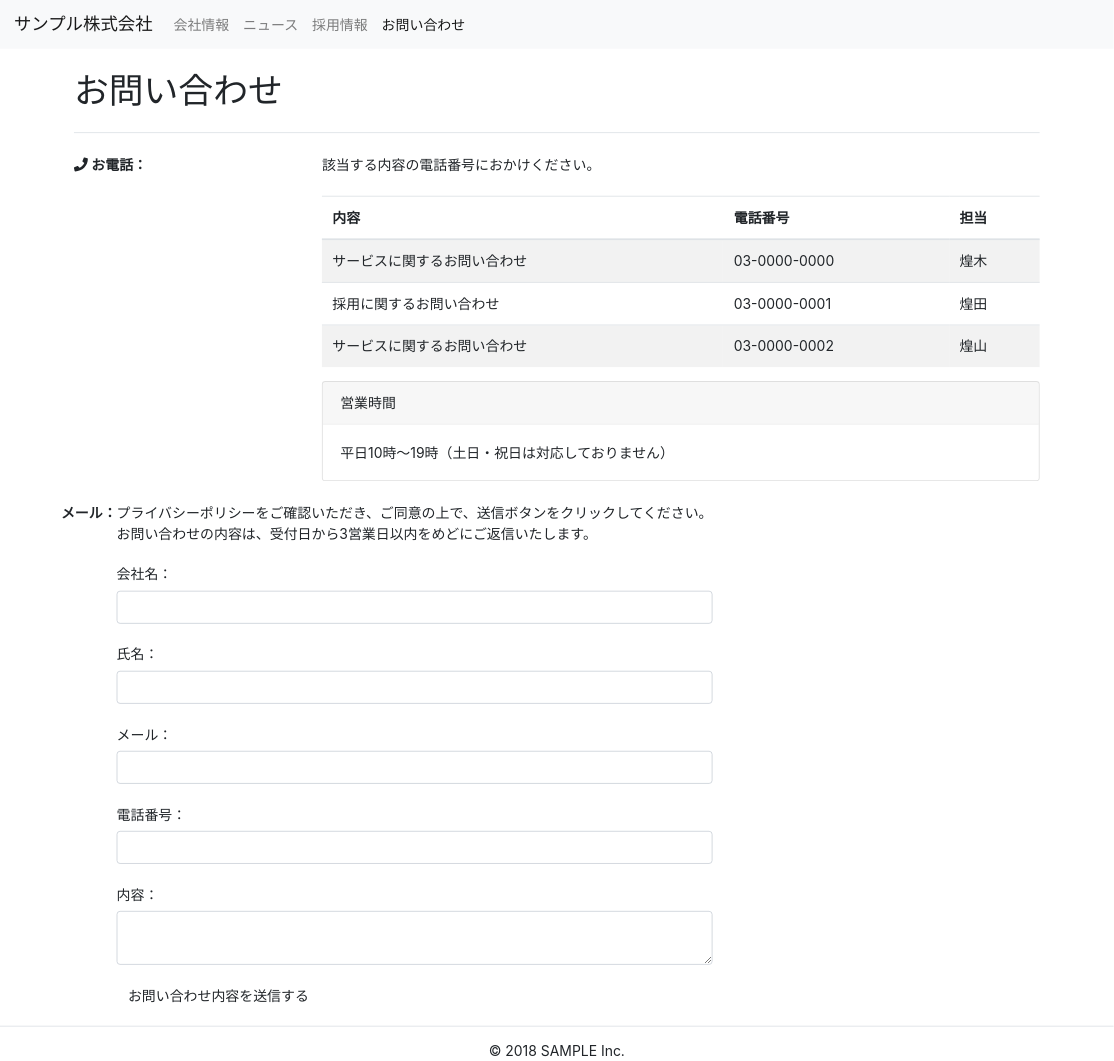
Repository: yoony212/frontend
Page: contact.html
The author's editor kept a record of every edit. The page is drawn from the files as they stood at one moment, then again after the next edit.
The browser window is 1280 px wide. The pictures show the whole page, at 87% of full size.

Above is the page before.

### contact.html
<!DOCTYPE html>
<html lang="ja">

<head>
    <meta charset="utf-8">
    <meta name="viewport" content="width=device-width, initial-scale=1, shrink-to-fit=no">

    <link rel="stylesheet" href="https://stackpath.bootstrapcdn.com/bootstrap/4.3.1/css/bootstrap.min.css">

    <title>お問い合わせ | サンプル株式会社</title>
</head>

<body>
    <header>
        <!-- 576px以上の画面幅のとき、メニューを表示する（それ未満なら折りたたむ）指定を追加 -->
        <nav class="navbar navbar-light navbar-expand-sm bg-light d-sm-flex">
        <!--画面左上に表示するサイト名のリンクとして適切な表示をするための指定を追加 -->
            <a href="#" class="navbar-brand">サンプル株式会社</a>

            <button type="button" class="navbar-toggler" data-toggle="collapse" data-target="#nav-bar">
                <span class="navbar-toggler-icon"></span>
            </button>

            <div class="collapse navbar-collapse " id="nav-bar">
                <ul class="navbar-nav">
                    <li class="nav-item"><a href="#" class="nav-link">会社情報</a></li>
                    <li class="nav-item"><a href="#" class="nav-link">ニュース</a></li>
                    <li class="nav-item"><a href="#" class="nav-link">採用情報</a></li>
                    <!-- お問い合わせページを表示していることをわかりやすくする設定を追加 -->
                    <li class="nav-item"><a href="#" class="nav-link active">お問い合わせ</a></li>
                </ul>
            </div>
        </nav>
    </header>
    <div class="container">
        <h1 class="mt-4 pb-4 border-bottom">お問い合わせ</h1>

        <!-- グリッドを使うための指定を追加 -->
        <div class="mt-4 row">
            <!-- 576px以上の画面幅のとき、左側は3つ分のカラム幅で表示する指定を追加 -->
            <div class="col-sm-3">
                <!-- 電話に関するFont Awesomeのアイコンを追加 -->
                <i class="fas fa-phone mr-1"></i><strong>お電話：</strong>
            </div>

            <!-- 576px以上の画面幅のとき、右側は9つ分のカラム幅で表示する指定を追加 -->
            <div class="col-sm-9">
                <p>該当する内容の電話番号におかけください。</p>
                <!-- テーブルの装飾を適用する指定を追加 -->
                <!-- さらにテーブルへ枠を追加する指定、行ごとの背景色が交互に変わる指定を追加 -->
                <table class="mt-4 table table-striped">
                    <thead>
                        <tr>
                            <th>内容</th>
                            <th>電話番号</th>
                            <th>担当</th>
                        </tr>
                    </thead>
                    <tbody>
                        <tr>
                            <td>サービスに関するお問い合わせ</td>
                            <td>03-0000-0000</td>
                            <td>煌木</td>
                        </tr>
                        <tr>
                            <td>採用に関するお問い合わせ</td>
                            <td>03-0000-0001</td>
                            <td>煌田</td>
                        </tr>
                        <tr>
                            <td>サービスに関するお問い合わせ</td>
                            <td>03-0000-0002</td>
                            <td>煌山</td>
                        </tr>
                    </tbody>
                </table>

                <!-- カードの装飾を適用 -->
                <div class="card">
                    <!-- カードのタイトル部分として設定 -->
                    <div class="card-header">
                        <!-- 時間に関するFont Awesomeのアイコンを追加 -->
                        <i class="fa-solid fa-circle-info"></i>営業時間
                    </div>

                    <!-- カードの本文部分として設定 -->
                    <div class="card-body">
                        平日10時〜19時（土日・祝日は対応しておりません）
                    </div>
                </div>
            </div>
        </div>

        <!-- グリッドを使うための指定を追加 -->
        <div class="mt-4 row">
            <!-- 576px以上の画面幅のとき、左側は3つ分のカラム幅で表示する指定を追加 -->
            <div class="">
                <!-- メールに関するFont Awesomeのアイコンを追加 -->
                <i class="fa-solid fa-envelope"></i> <strong>メール：</strong>
            </div>

            <!-- 576px以上の画面幅のとき、右側は9つ分のカラム幅で表示する指定を追加 -->
            <div class="">
                <p>
                    プライバシーポリシーをご確認いただき、ご同意の上で、送信ボタンをクリックしてください。<br />
                    お問い合わせの内容は、受付日から3営業日以内をめどにご返信いたします。
                </p>
                <form action="complete.html">
                    <!-- ラベルとフォーム部品を並べるためにグリッドを使う指定を追加 -->
                    <div class="form-group">
                        <!-- 576px以上の画面幅のとき、ラベルは3つ分のカラム幅で表示する指定を追加 -->
                        <label class="col-form-label">会社名：</label>

                        <!-- 576px以上の画面幅のとき、フォーム部品は9つ分のカラム幅で表示する指定を追加 -->
                        <div class="">
                            <input type="text" class="form-control" name="company">
                        </div>
                    </div>

                    <!-- ラベルとフォーム部品を並べるためにグリッドを使う指定を追加 -->
                    <div class="form-group">
                        <!-- 576px以上の画面幅のとき、ラベルは3つ分のカラム幅で表示する指定を追加 -->
                        <label class="col-form-label">氏名：</label>

                        <!-- 576px以上の画面幅のとき、フォーム部品は9つ分のカラム幅で表示する指定を追加 -->
                        <div class="">
                            <input type="text" class="form-control" name="name">
                        </div>
                    </div>

                    <!-- ラベルとフォーム部品を並べるためにグリッドを使う指定を追加 -->
                    <div class="form-group">
                        <!-- 576px以上の画面幅のとき、ラベルは3つ分のカラム幅で表示する指定を追加 -->
                        <label class="col-form-label">メール：</label>

                        <!-- 576px以上の画面幅のとき、フォーム部品は9つ分のカラム幅で表示する指定を追加 -->
                        <div class="">
                            <input type="text" class="form-control" name="mail">
                        </div>
                    </div>

                    <!-- ラベルとフォーム部品を並べるためにグリッドを使う指定を追加 -->
                    <div class="form-group">
                        <!-- 576px以上の画面幅のとき、ラベルは3つ分のカラム幅で表示する指定を追加 -->
                        <label class="col-form-label">電話番号：</label>

                        <!-- 576px以上の画面幅のとき、フォーム部品は9つ分のカラム幅で表示する指定を追加 -->
                        <div class="">
                            <input type="text" class="form-control" name="tel">
                        </div>
                    </div>

                    <!-- ラベルとフォーム部品を並べるためにグリッドを使う指定を追加 -->
                    <div class="form-group">
                        <!-- 576px以上の画面幅のとき、ラベルは3つ分のカラム幅で表示する指定を追加 -->
                        <label class="col-form-label">内容：</label>

                        <!-- 576px以上の画面幅のとき、フォーム部品は9つ分のカラム幅で表示する指定を追加 -->
                        <div class="">
                            <textarea class="form-control" name="content"></textarea>
                        </div>
                    </div>

                    <!-- ラベルとフォーム部品を並べるためにグリッドを使う指定を追加 -->
                    <div class="form-group">
                        <!-- 576px以上の画面幅のとき、3つ分のカラム幅の隙間を表示する設定を追加 -->
                        <!-- さらに、576px以上の画面幅のとき、9つ分のカラム幅で送信ボタンの表示部分の設定を追加 -->
                        <div class="">
                            <!-- 送信ボタンを緑色にする設定を追加 -->
                            <!-- さらに、送信ボタンは、指定のカラム幅に対して100％の幅となる設定を追加 -->
                            <button type="submit" class="btn">お問い合わせ内容を送信する</button>
                        </div>
                    </div>
                </form>
            </div>
        </div>
    </div>
    <footer class="text-center pt-3 border-top">
        &copy; 2018 SAMPLE Inc.
    </footer>

    <script src="https://code.jquery.com/jquery-3.3.1.min.js"></script>
    <script src="https://cdnjs.cloudflare.com/ajax/libs/popper.js/1.14.6/umd/popper.min.js"></script>
    <script src="https://stackpath.bootstrapcdn.com/bootstrap/4.3.1/js/bootstrap.min.js"></script>
    <script defer src="https://use.fontawesome.com/releases/v5.7.2/js/all.js"></script>
</body>

</html>

After the next edit:
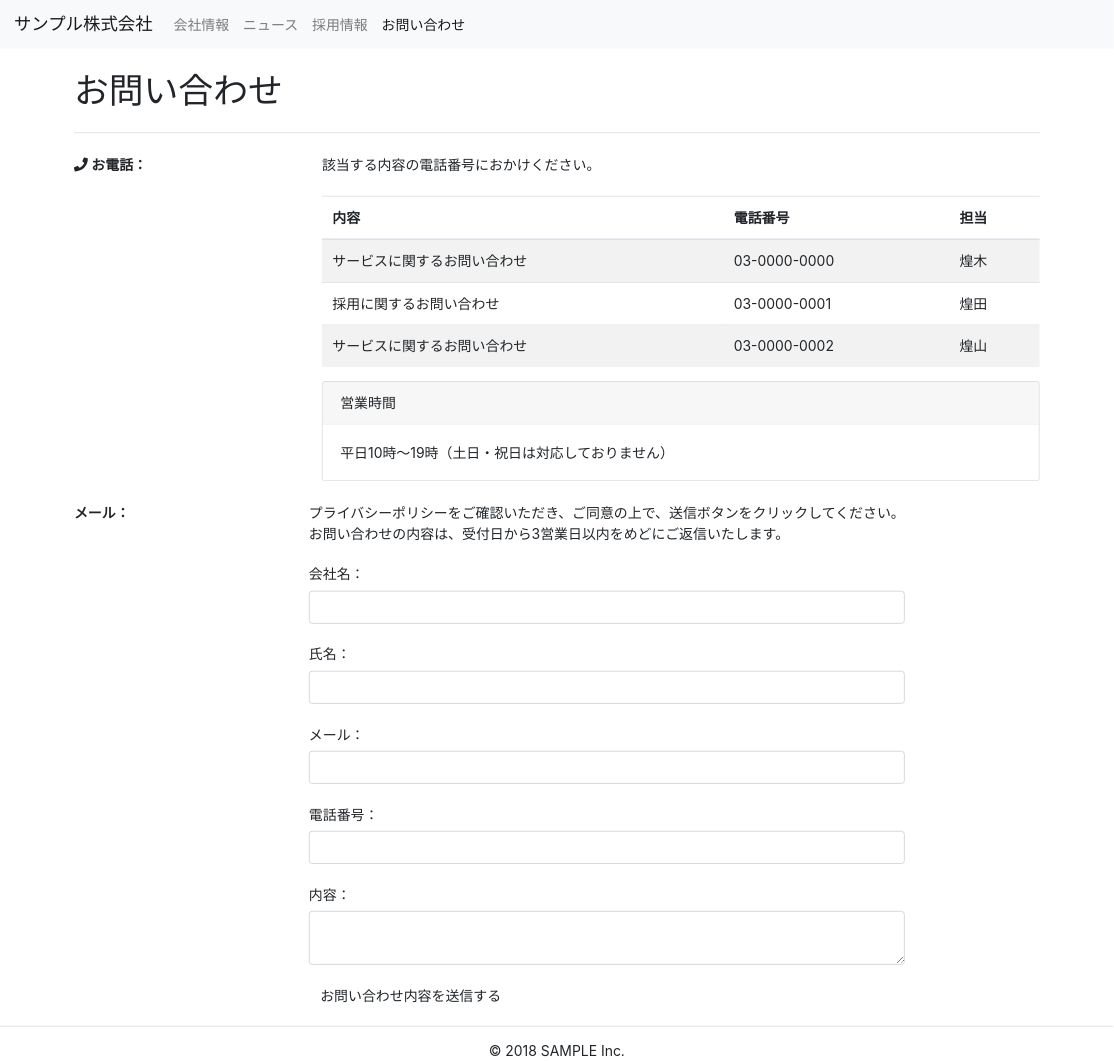
The edit:
--- a/contact.html
+++ b/contact.html
@@ -94,7 +94,7 @@
         <!-- グリッドを使うための指定を追加 -->
         <div class="mt-4 row">
             <!-- 576px以上の画面幅のとき、左側は3つ分のカラム幅で表示する指定を追加 -->
-            <div class="">
+            <div class="col-sm-3">
                 <!-- メールに関するFont Awesomeのアイコンを追加 -->
                 <i class="fa-solid fa-envelope"></i> <strong>メール：</strong>
             </div>
